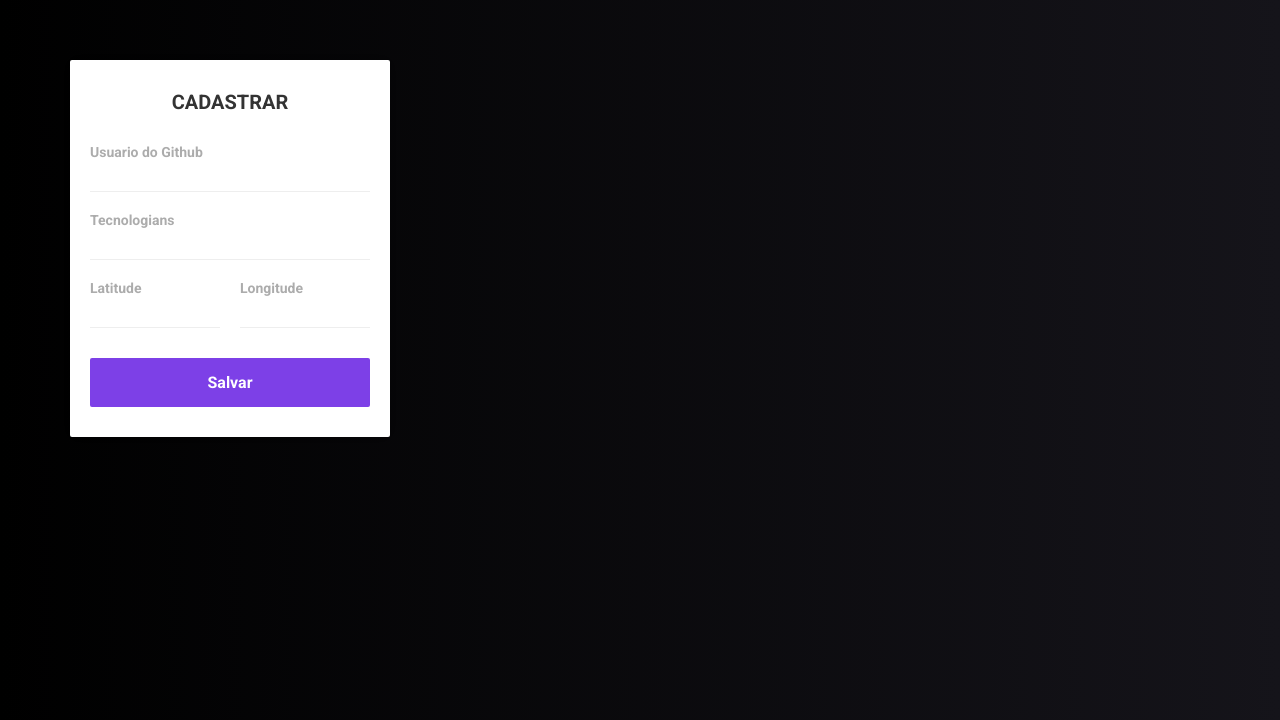
Repository: vadyvarela/semanaOmnistack10
Page: / (app in frontend/)
An editor plug-in stored every save of this project. The page is shown before and after the next save, followed by the edit.
The browser window is 1280 px wide. The pictures show the whole page.
The page's requests for data from a server got no answer. The project was rebuilt for these pictures with package versions that can differ from the ones it lists, and the page was loaded fresh each time. No one was signed in, and anything a server would have sent is missing. Also part of the build but not shown: frontend/src/components/DevItem/styles.css, frontend/src/components/DevItem/index.js.

Above is the page before, as saved 2020-01-23 13:56:41.

### frontend/src/App.js
import React, { useState, useEffect } from 'react';
import api from './services/api';
import './global.css';
import './App.css';
import './Sidebar.css';
import './Main.css';

import DevItem from './components/DevItem';
import DevForm from './components/DevForm';

function App() {
  const [devs, setDevs] = useState([]);

  useEffect(() => {
    async function LoadDevs() {
      const response = await api.get('/devs');
      setDevs(response.data);
    }

    LoadDevs();
  })

  async function handleAddDev(data){
    const response = await api.post('/devs', data)

    setDevs([...devs, response.data]);
  }

  return (
    <div id="app">
      <aside>
        <strong> CADASTRAR</strong>
        <DevForm onSubmit={handleAddDev} />
      </aside>
      <main>
        <ul>
          {devs.map(dev => (
            <DevItem key={dev._id} dev={dev} />
          ))}
        </ul>
      </main>
    </div>
  );
}

export default App;

### frontend/src/services/api.js
import axios from 'axios';

const api = axios.create({
    baseURL: 'http://localhost:3333'
});

export default api;

### frontend/src/global.css
@import url('https://fonts.googleapis.com/css?family=Roboto:400,700&display=swap');
*{
    margin: 0;
    padding: 0;
    outline: 0;
    box-sizing: border-box;
}

html, body #root {
    height: 100%;
}

body {
    background: linear-gradient(-90deg, #15141a, #000);
    -webkit-font-smoothing: antialiased;
}

body, input, button {
    font-family: Roboto, sans-serif;
}

### frontend/src/App.css
#app {
    max-width: 1200px;
    margin: 0 auto;
    padding: 60px 30px;

    display: flex;
    flex-direction: row;
    align-items: flex-start;
}

#app main {
    margin-left: 30px;
}

@media (max-width: 1000px) {
    #app {
        flex-direction: column;
    }

    #app main{
        margin-left: 0;
        margin-top: 30px;
    }
    #app aside{
        width: 100%;
    }
}

### frontend/src/Sidebar.css
aside {
    width: 320px;
    background: #fff;
    box-shadow: 0 0 14px 0 rgba(0,0,0,0.02);
    border-radius: 2px;
    padding: 30px 20px;
}

aside strong {
    font-size: 20px;
    text-align: center;
    display: block;
    color: #333;
}

aside form {
    margin-top: 30px;
}

aside form .input_block + .input_block {
    margin-top: 20px;
}

aside form .input_group {
    margin-top: 20px;
    display: grid;
    gap: 20px;
    grid-template-columns: 1fr 1fr;
}

aside form .input_group .input_block {
    margin-top: 0;
}

aside form .input_block label {
    color: #ACACAC;
    font-size: 14px;
    font-weight: bold;
    display: block;
}
aside form .input_block input {
    width: 100%;
    height: 32px;
    font-size: 14px;
    color: #666;
    border: 0;
    border-bottom: 1px solid #eee;
}

aside form button[type="submit"] {
    width: 100%;
    border: 0;
    margin-top: 30px;
    background-color: #7d40e7;
    border-radius: 2px;
    padding: 15px 20px;
    font-size: 16px;
    font-weight: bold;
    color: #fff;
    cursor: pointer;
    transition: background 0.5s;
}

aside form button[type="submit"]:hover {
    background: #6931ca;
}

### frontend/src/Main.css
main {
    flex: 1;
}

main ul {
    display: grid;
    grid-template-columns: repeat(2, 1fr);
    gap: 20px;
    list-style: none;
}

@media(max-width: 650px){
    main ul {
        grid-template-columns: 1fr;
    }
}

### frontend/src/components/DevForm/index.js
import React, {useState, useEffect} from 'react';

function DevForm({ onSubmit }){
    const [latitude, setLatitude] = useState('');
    const [longitude, setLongitude] = useState('');
    const [github_username, setGithubUsername] = useState('');
    const [techs, setTechs] = useState('');

    useEffect(() => {
        navigator.geolocation.getCurrentPosition(
        (position) => {
            const { latitude, longitude } = position.coords;
            setLatitude(latitude);
            setLongitude(longitude);
        },
        (err) => {
            console.log(err);
        },
        {
            timeout: 30000,
        }
        )
    }, []);

    async function handleSubmit(e) {
        e.preventDefault();

        await onSubmit({
            github_username,
            techs,
            latitude,
            longitude,
        });

        setGithubUsername('');
        setTechs('');
    }

    return(
        <form onSubmit={handleSubmit}>
          <div className="input_block">
            <label htmlFor="github_username">Usuario do Github</label>
            <input
              name="github_username"
              id="github_username"
              value={github_username}
              onChange={e => setGithubUsername(e.target.value)}
              required
            />
          </div>

          <div className="input_block">
            <label htmlFor="techs">Tecnologians</label>
            <input
              name="techs"
              id="techs"
              required
              value={techs}
              onChange={e => setTechs(e.target.value)}
            />
          </div>

          <div className="input_group">
            <div className="input_block">
              <label htmlFor="latitude">Latitude</label>
              <input
                type="text"
                name="latitude"
                id="latitude"
                value={latitude}
                required
                onChange={e => setLatitude(e.target.value)}
              />
            </div>
            <div className="input_block">
              <label htmlFor="longitude">Longitude</label>
              <input
                type="text"
                name="longitude"
                id="longitude"
                value={longitude}
                required
                onChange={e => setLongitude(e.target.value)}
              />
            </div>
          </div>
          <button type="submit"> Salvar </button>
        </form>
    )
}


export default DevForm;

Loaded but not shown: frontend/public/index.html (common file); frontend/src/index.js (common file)

After the next save:
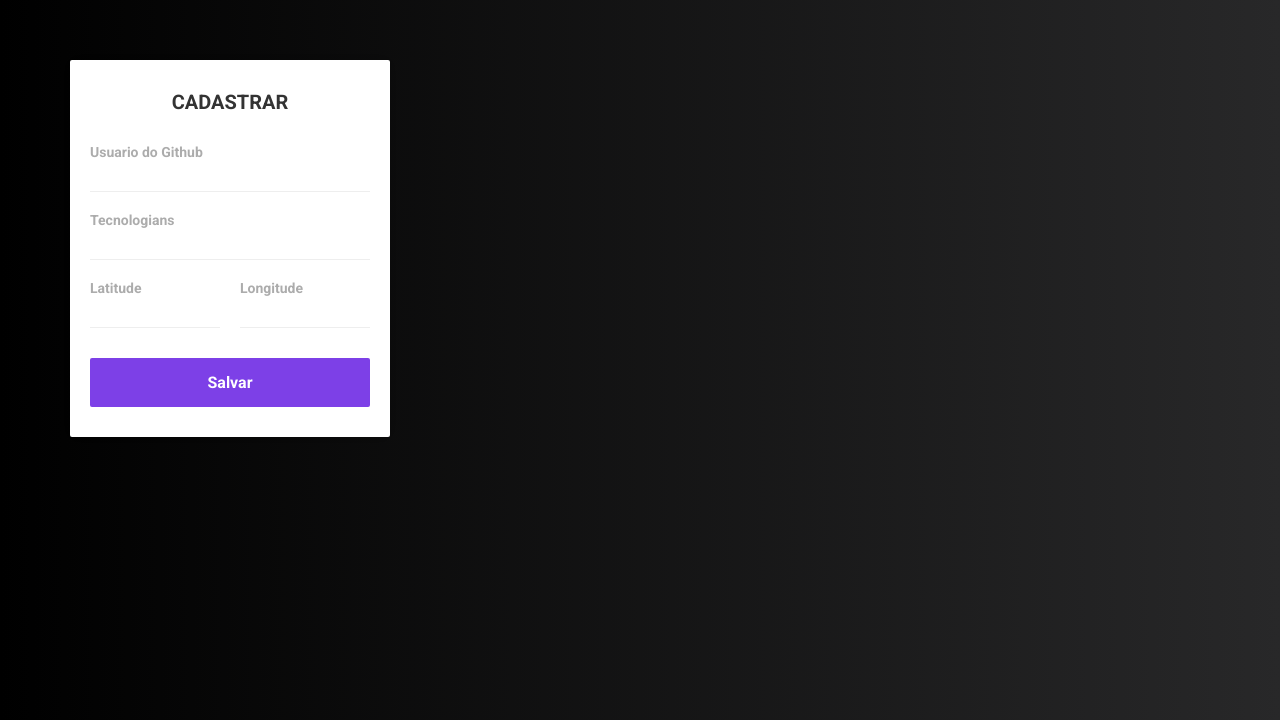
Saved 34 s later.
--- a/frontend/src/global.css
+++ b/frontend/src/global.css
@@ -11,7 +11,7 @@ html, body #root {
 }
 
 body {
-    background: linear-gradient(-90deg, #15141a, #000);
+    background: linear-gradient(-90deg, #282829, #000);
     -webkit-font-smoothing: antialiased;
 }
 
